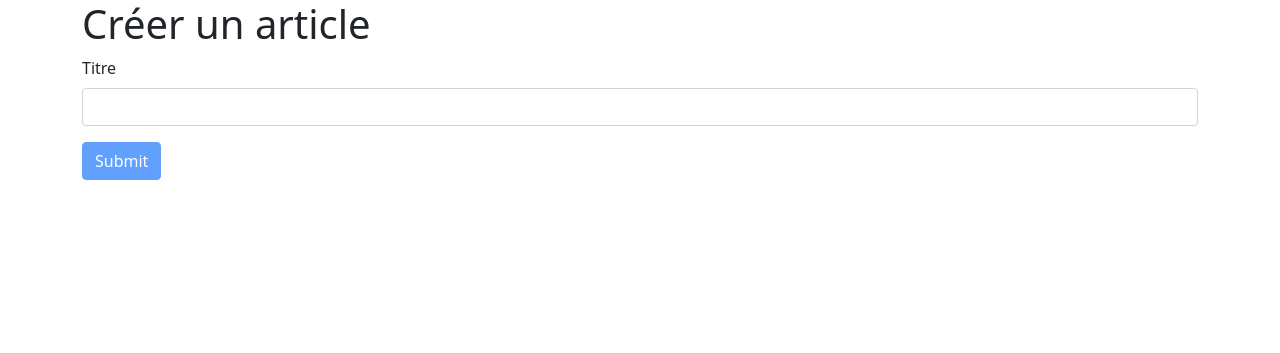
Repository: QuentinFayt/NewsWeb
Page: sources/adminNewsWeb/createArticle.html
An editor plug-in stored every save of this project. The page is shown before and after the next save, followed by the edit.
The browser window is 1280 px wide. The pictures show the whole page.

Above is the page before, as saved 2021-12-23 10:51:46.

### sources/adminNewsWeb/createArticle.html
<!doctype html>
<html lang="fr">

<head>
    <!-- Required meta tags -->
    <meta charset="utf-8">
    <meta name="viewport" content="width=device-width, initial-scale=1">

    <!-- Bootstrap CSS -->
    <link href="https://cdn.jsdelivr.net/npm/bootstrap@5.1.3/dist/css/bootstrap.min.css" rel="stylesheet" integrity="sha384-1BmE4kWBq78iYhFldvKuhfTAU6auU8tT94WrHftjDbrCEXSU1oBoqyl2QvZ6jIW3" crossorigin="anonymous">

    <title>Créer un article</title>
</head>

<body>
    <main class="container">
        <h1>Créer un article</h1>
        <form>
            <div class="mb-3">
                <label for="titre" class="form-label">Titre</label>
                <input type="text" class="form-control" id="titre" required>
            </div>

            <button type="submit" class="btn btn-primary" disabled>Submit</button>
        </form>
    </main>
    <script src="https://cdn.jsdelivr.net/npm/bootstrap@5.1.3/dist/js/bootstrap.bundle.min.js" integrity="sha384-ka7Sk0Gln4gmtz2MlQnikT1wXgYsOg+OMhuP+IlRH9sENBO0LRn5q+8nbTov4+1p" crossorigin="anonymous"></script>
</body>

</html>

After the next save:
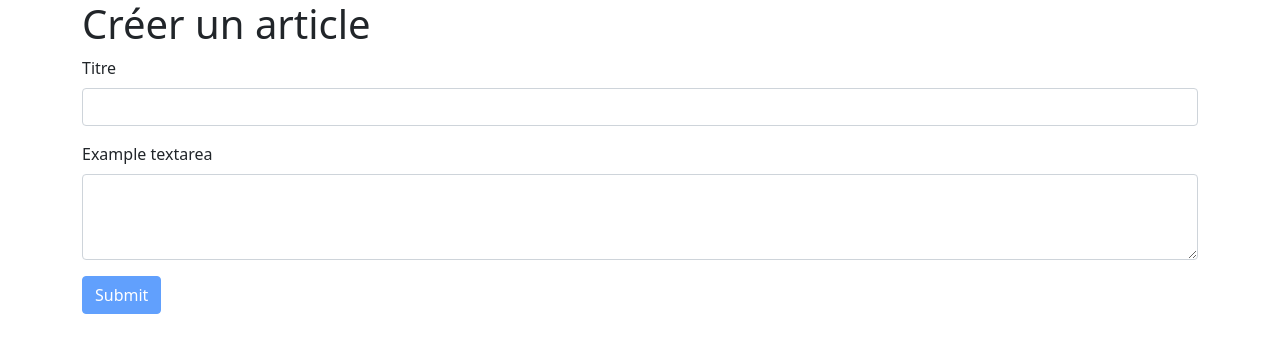
Saved 54 s later.
--- a/sources/adminNewsWeb/createArticle.html
+++ b/sources/adminNewsWeb/createArticle.html
@@ -20,7 +20,10 @@
                 <label for="titre" class="form-label">Titre</label>
                 <input type="text" class="form-control" id="titre" required>
             </div>
-
+            <div class="mb-3">
+                <label for="exampleFormControlTextarea1" class="form-label">Example textarea</label>
+                <textarea class="form-control" id="exampleFormControlTextarea1" rows="3"></textarea>
+            </div>
             <button type="submit" class="btn btn-primary" disabled>Submit</button>
         </form>
     </main>
